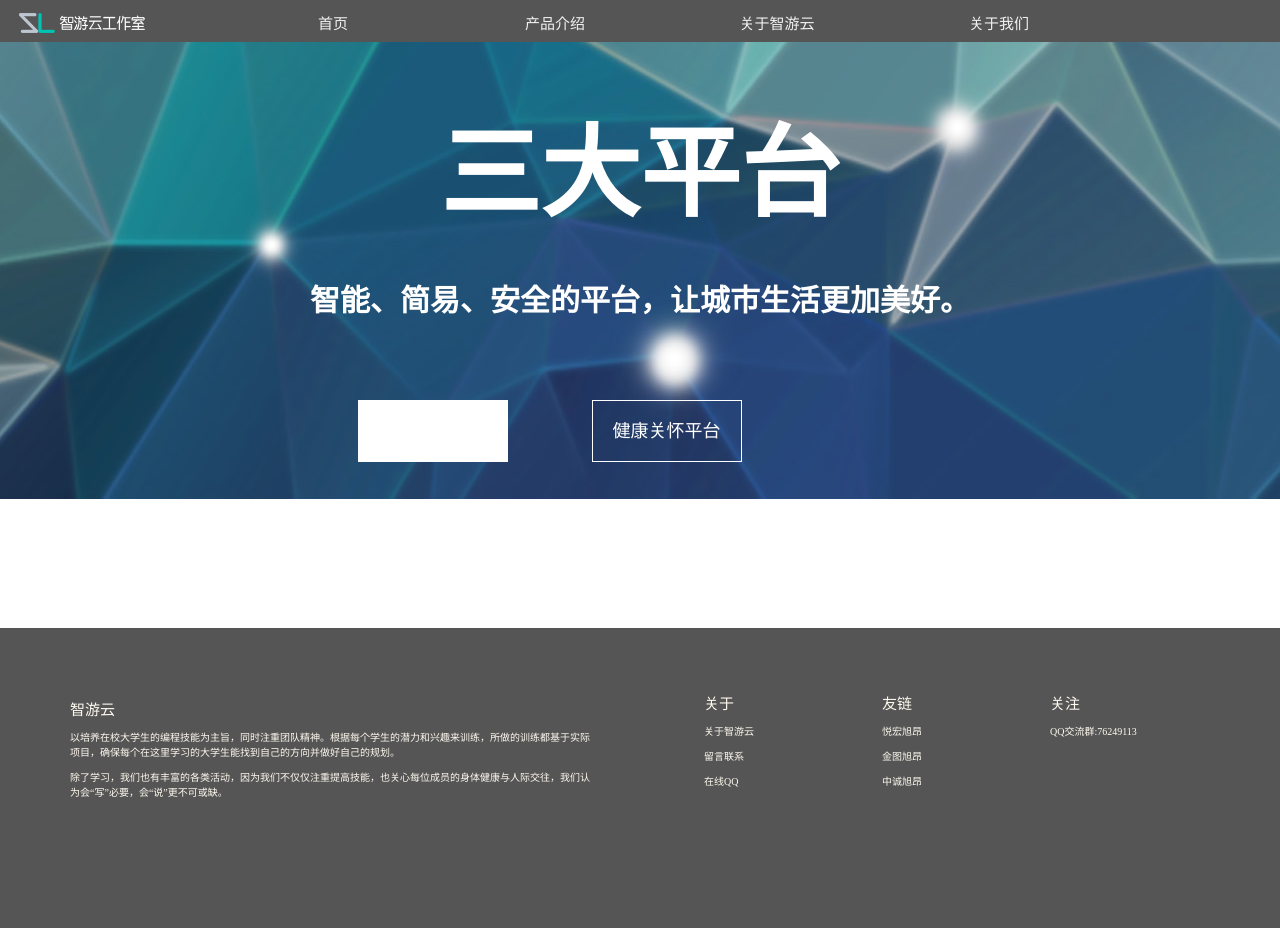
Repository: dakai1234/webTest
Page: 智游云1/product/product.html
The author's editor kept a copy of each file at every save. The page is drawn from the files as they stood at one save, then again after the next save.
The browser window is 1280 px wide. The pictures show the whole page.
The pointer rests on the first visible `.platform_content a`.

Above is the page before, as saved 2021-04-11 13:06:57.

After the next save:
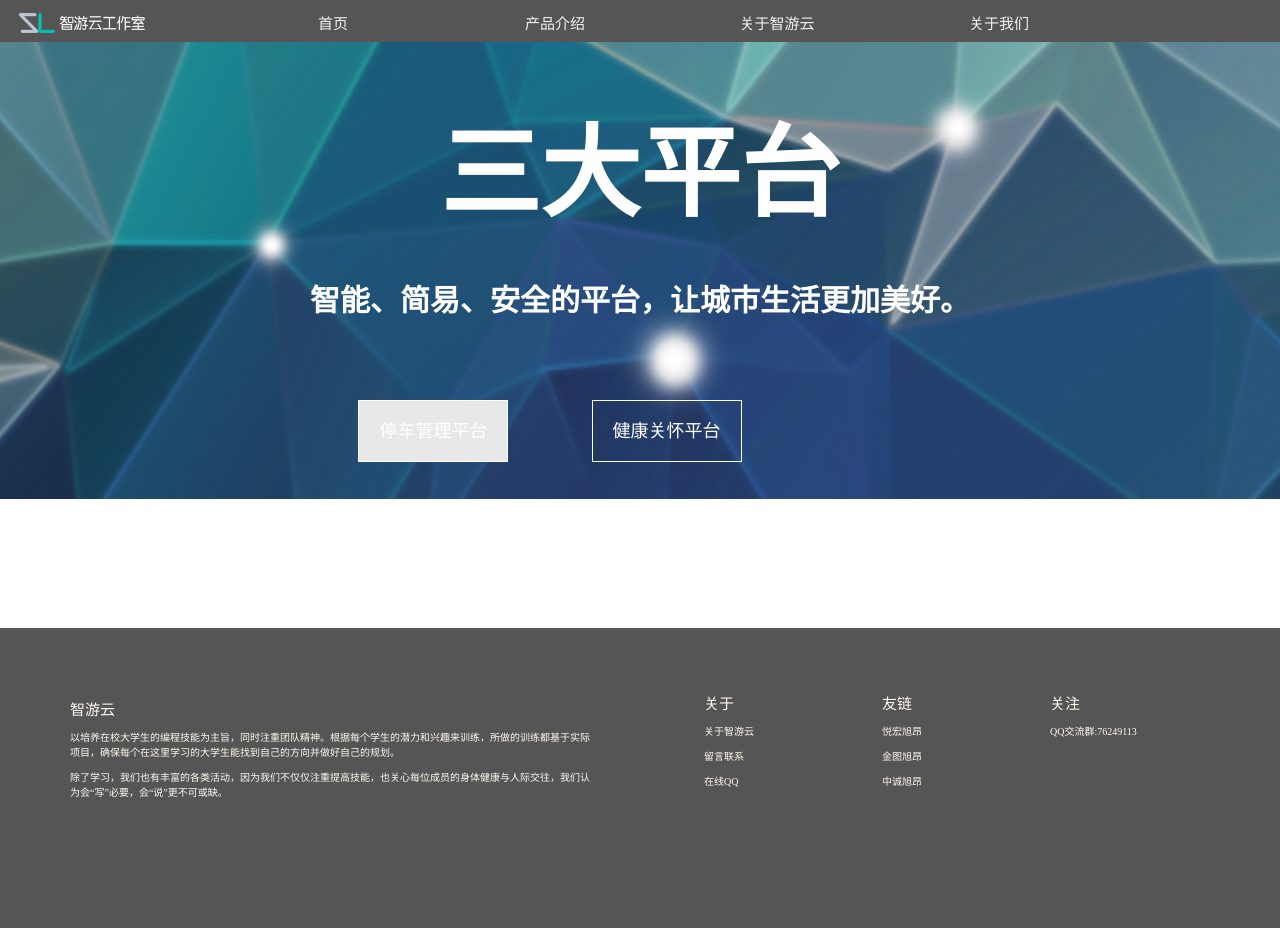
Saved 75 s later.
--- a/智游云1/product/product.css
+++ b/智游云1/product/product.css
@@ -38,5 +38,5 @@
 }
 
 .platform_content a:hover {
-    background-color: #fff;
+    background-color: #e8e8e8;
 }

After the save that followed:
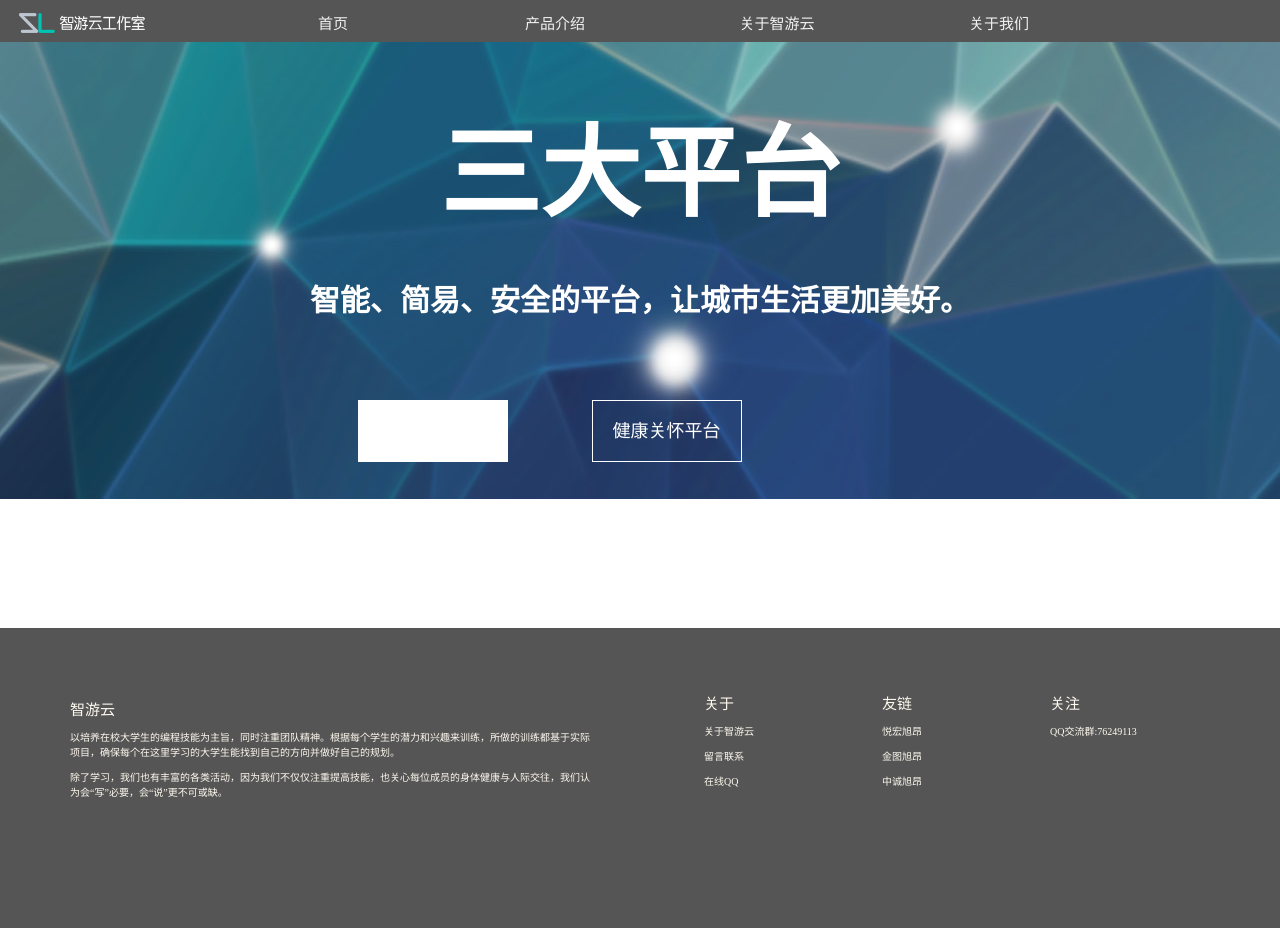
Saved 49 s later.
--- a/智游云1/product/product.css
+++ b/智游云1/product/product.css
@@ -38,5 +38,5 @@
 }
 
 .platform_content a:hover {
-    background-color: #e8e8e8;
+    background-color: rgb(255, 255, 255);
 }
